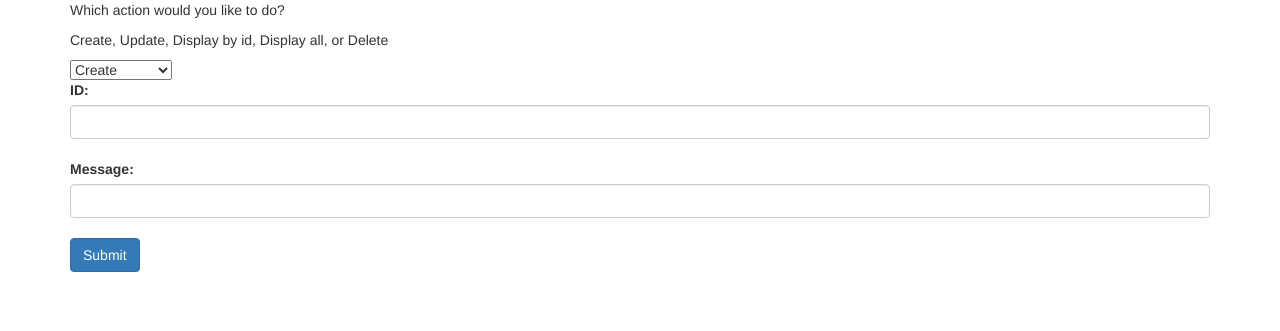
Repository: kddean/Lab3
Page: ToDoSystem-SinglePage/WebContent/ToDo.html
The author's editor kept a copy of each file at every save. The page is drawn from the files as they stood at one save, then again after the next save.
The browser window is 1280 px wide. The pictures show the whole page.

Above is the page before, as saved 2016-03-25 19:55:22.
Console error: SyntaxError: Unexpected token 'var'

### ToDoSystem-SinglePage/WebContent/ToDo.html
<!DOCTYPE html>
<html>
<head>
<!-- <meta charset="ISO-8859-1"> -->
<meta charset="utf-8">
<meta name="viewport" content="width=device-width, initial-scale=1">
<link rel="stylesheet" href="http://maxcdn.bootstrapcdn.com/bootstrap/3.3.6/css/bootstrap.min.css">
<script src="https://ajax.googleapis.com/ajax/libs/jquery/1.12.0/jquery.min.js"></script>
<script src="http://maxcdn.bootstrapcdn.com/bootstrap/3.3.6/js/bootstrap.min.js"></script>
<title>ToDoSystem</title>
</head>
<body>
<div class="container">
<form name = "ToDoForm" method ="post" action ="ToDoServlet">
	<div class="form-group">
	<p>Which action would you like to do?</p>
	<p>Create, Update, Display by id, Display all, or Delete</p>

	<select name="actions">
		<option value="create">Create</option>
  		<option value="update">Update</option>
  		<option value="displayid">Display by id</option>
  		<option value="displayall">Display all</option>
 		<option value="delete">Delete</option>
	</select>
	<br>
	<label>ID:</label><input type="text" class="form-control" name="id">
	<br>
	<label>Message:</label><input type="text" class="form-control" name="message">
	<br>
	<button type="submit" onclick="loadDoc()" class="btn btn-primary">Submit</button>
	</div>
</form>
</div>

<script type="text/javascript">
function loadDoc()
	var xhttp = new XMLHttpRequest();
	xhttp.onreadystatechange = function(){
		if (xhttp.readyState == 4 && xhttp.status == 200) {
		      document.getElementById("demo").innerHTML = xhttp.responseText;
		    }
	};
	  xhttp.open("POST", "ToDo.html", true);
	  xhttp.setRequestHeader("Content-type", "application/x-www-form-urlencoded");
	  xhttp.send();
</script>
</body>
</html>

After the next save:
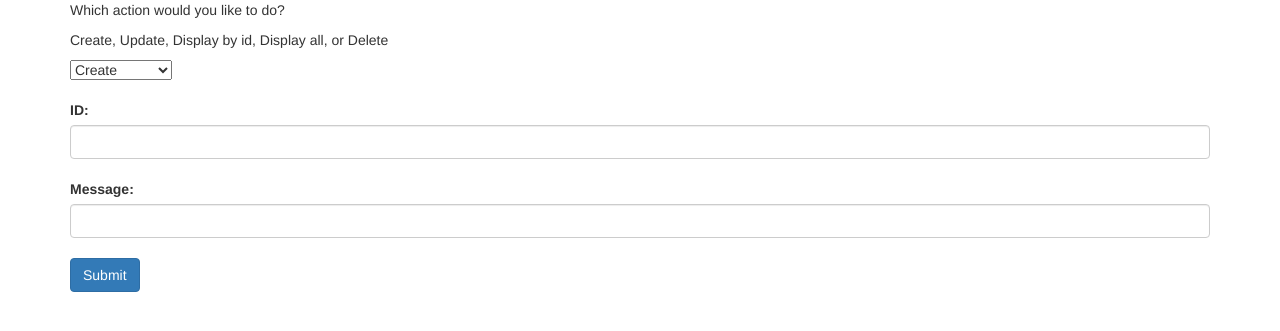
Saved 20 s later.
--- a/ToDoSystem-SinglePage/WebContent/ToDo.html
+++ b/ToDoSystem-SinglePage/WebContent/ToDo.html
@@ -23,7 +23,7 @@
   		<option value="displayall">Display all</option>
  		<option value="delete">Delete</option>
 	</select>
-	<br>
+	<br><br>
 	<label>ID:</label><input type="text" class="form-control" name="id">
 	<br>
 	<label>Message:</label><input type="text" class="form-control" name="message">
